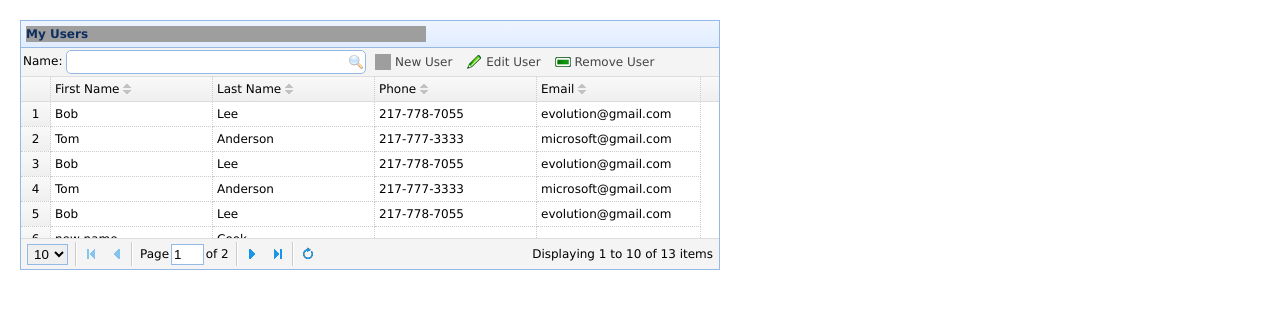
Repository: fslichen/EasyUI_Project_Management
Page: EasyUI_Project_Management/src/main/resources/static/evolution.html
An editor plug-in stored every save of this project. The page is shown before and after a run of saves, followed by the edit.
The browser window is 1280 px wide. The pictures show the whole page.
Pictures or frames that could not be fetched are drawn as grey boxes. The page's requests for data from a server got no answer.

Above is the page before, as saved 2017-06-25 13:02:48.

After the next 2 saves:
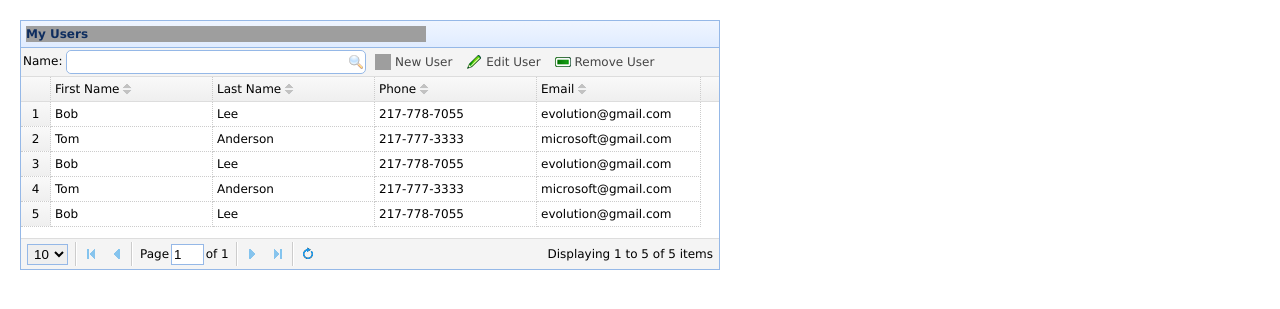
Console error: SyntaxError: Unexpected identifier 'email'
The 2 saves are shown as one change because they came seconds apart.
The last was saved 18 s later.
--- a/EasyUI_Project_Management/src/main/resources/static/evolution.html
+++ b/EasyUI_Project_Management/src/main/resources/static/evolution.html
@@ -31,9 +31,10 @@ function columns(tableId) {
 }
 function addRow() {
 	$('#dg').datagrid('appendRow',{
-		firstname: 'new name',
+		firstname: 'Time',
 	    lastname: 'Cook',
-	    note: 'some messages'
+	    phone : '312-009-9900'
+	    email: 'some messages'
 	});
 }
 $(document).ready(function() {
